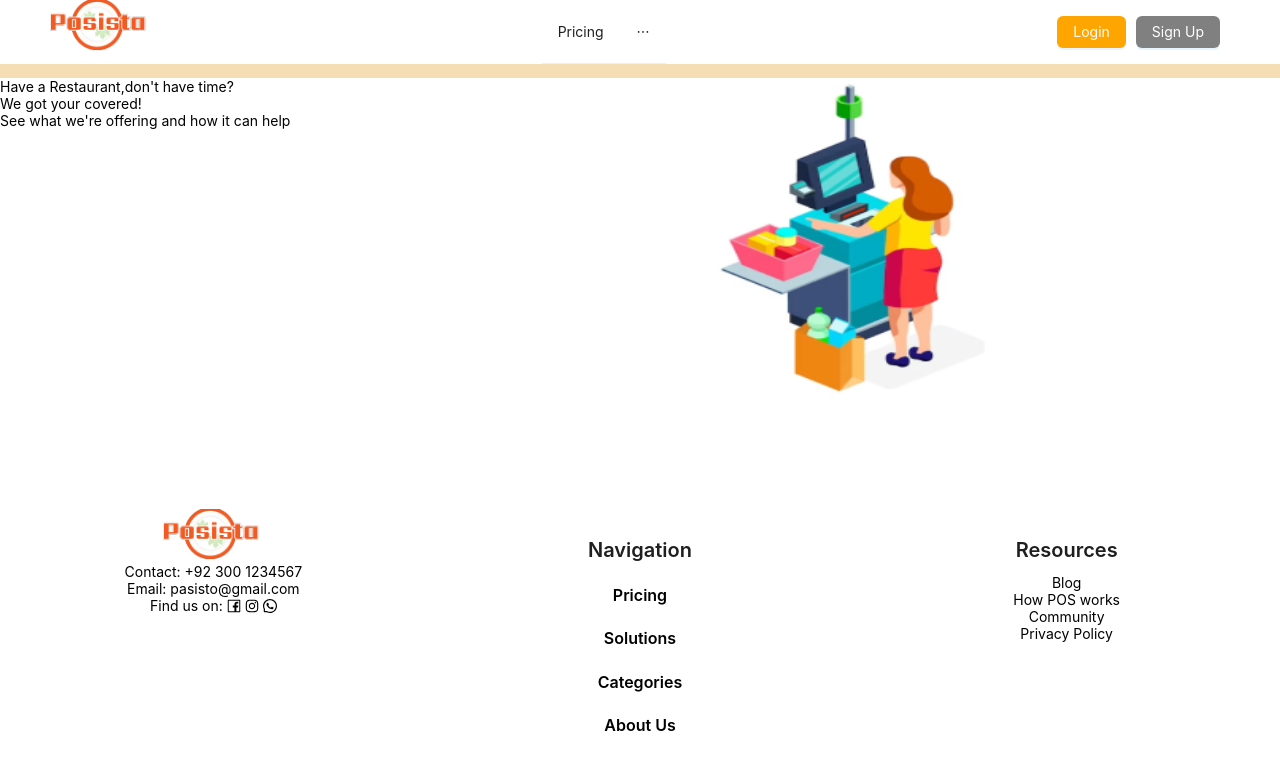
Repository: usmanarshad90/Posista
Page: / (app in test/)
These files come from the project's save history. The page is drawn as it stood at one moment and after the next save; the edit follows.
The browser window is 1280 px wide. The pictures show the whole page.
The project was rebuilt for these pictures with package versions that can differ from the ones it lists, and the page was loaded fresh each time. Also part of the build but not shown: test/src/components/Pricing/Pricing.jsx, test/src/components/Solution/Solutions.jsx, test/src/components/About/AboutUs.jsx, test/src/components/login/login.jsx, test/src/components/signup/signup.jsx.

Above is the page before, as saved 2023-11-28 14:45:41.

### test/public/index.html
<!DOCTYPE html>
<html lang="en">
  <head>
    <meta charset="utf-8" />
    <link rel="icon" href="%PUBLIC_URL%/favicon.ico" />
    <meta name="viewport" content="width=device-width, initial-scale=1" />
    <meta name="theme-color" content="#000000" />
    <meta
      name="description"
      content="Web site created using create-react-app"
    />
    <link rel="apple-touch-icon" href="%PUBLIC_URL%/logo192.png" />

    <link rel="manifest" href="%PUBLIC_URL%/manifest.json" />

    <title>Posisto</title>
  </head>
  <body>
    <noscript>You need to enable JavaScript to run this app.</noscript>
    <div id="root"></div>



  </body>
</html>

### test/src/index.css
body {
  margin: 0;
  font-family: -apple-system, BlinkMacSystemFont, 'Segoe UI', 'Roboto', 'Oxygen',
    'Ubuntu', 'Cantarell', 'Fira Sans', 'Droid Sans', 'Helvetica Neue',
    sans-serif;
  -webkit-font-smoothing: antialiased;
  -moz-osx-font-smoothing: grayscale;
}

code {
  font-family: source-code-pro, Menlo, Monaco, Consolas, 'Courier New',
    monospace;
}
.background{
  background-image: url("./images/background.jpg")!important;

}



/* .container{
  max-width: 1000px;
  margin: auto;
  width: 100%;
  padding-inline: 1rem;
  padding-block:5rem;

} */

### test/src/App.js
import {BrowserRouter  as Router , Routes , Route} from 'react-router-dom'
import Home from './components/Home/Home';

import Pricing from './components/Pricing/Pricing';
import Solutions from './components/Solution/Solutions';
import AboutUs from './components/About/AboutUs';
import Login from './components/login/login';
import SignUp from './components/signup/signup';


function App() {
  return (
    <Router>
    {/* if i can do it like this all pages come on the header */}

      <Routes>

        {/* if i can do it like this header individually come on the each page*/}

        <Route path="/" element={< Home/>} />
        <Route path="/login" element={<Login/>}/>
        <Route path="/signup" element={<SignUp/>} />

        <Route path="/pricing" element={< Pricing/>} />
        <Route path="/solution" element={< Solutions/>} />
        <Route path="/about" element={<AboutUs/>} />

        </Routes>
        {/* for footer i can call here */}

        </Router>
  );
}

export default App;

### test/src/components/Home/Home.jsx
import React from 'react'
import PageHeader from '../PageHeader/PageHeader'
import HeroSection from '../HeroSection/HeroSection'
import PageFooter from '../Footer/Footer'

const Home = () => {
  return (
    <>
    <PageHeader/>
    <HeroSection/>



    <PageFooter/>

    </>
  )
}

export default Home

### test/src/components/PageHeader/PageHeader.jsx
import React from 'react'
import { Layout, Menu, Button, Row, Col } from 'antd';
import { Link } from 'react-router-dom';
import logoimage from '../../images/posistologo.png'
import {HomeOutlined, UserOutlined,SettingOutlined,} from '@ant-design/icons';

const { Header } = Layout;
const PageHeader = () => {
  return (
    <Row>
      <Col lg={24} xl={24} md={12} xs={4} >
    <Layout className="layout">
    <Header style={{ display: 'flex', justifyContent: 'space-between' ,backgroundColor: 'white' }}>
      <div className="logo" >

      <Link to={'/'}><img src={logoimage} alt="" width="100px"  /></Link>
        </div>
      <Menu  mode="horizontal" style={ {color:'black',backgroundColor: 'transparent'}} >
        <Link to={'/pricing'} ><Menu.Item key="1" >Pricing</Menu.Item></Link>


        <Link to={'/solution'} ><Menu.Item key="2" >Solutions</Menu.Item></Link>

        <Link to={'/about'} ><Menu.Item key="3" >About Us</Menu.Item></Link>
      </Menu>

      <div>

        <Link to="/login"><Button type="primary" style={{ marginRight: '10px', backgroundColor: 'orange' }}>Login</Button>
        </Link>
        <Link to="/signup"><Button type="primary" style={{ marginRight: '10px', backgroundColor: 'grey' }}>Sign Up</Button></Link>
      </div>




    </Header>
  </Layout>
  </Col>
  </Row>
  )
}

export default PageHeader;

### test/src/components/HeroSection/HeroSection.jsx
import React from 'react'
import { Row,Col,Image,Divider} from 'antd';

import image from '../../images/design.png'

const HeroSection = () => {




      const DemoBox = (props) => <p className={`height-${props.value}`}>{props.children}</p>;
  return (
    <>
    <Row  >
      <Col  lg={{ span:24, order: 1 }} md={24} xs={24} xl={24} xxl={24}  style={{background:'wheat'}}>
      <DemoBox value={'100%'}> </DemoBox>
        </Col>

    <Col lg={{ span: 12, order: 2 }} md={8} xs={4} xl={12}>

    <div   >

         Have a Restaurant,don't have time? <br />
         We got your covered! <br/>

         <div   >See what we're offering and how it can help <br />


         </div>
    </div>
    </Col>
    <Col lg={{ span: 12, order: 3 }}md={8} xs={4} xl={12}>
    <Image width={'70%'} preview={false} height={'90%'} src={image} alt="#" />

    </Col>
   </Row>
   </>
  )
}

export default HeroSection

### test/src/components/Footer/Footer.jsx
import React from 'react';
import { Layout, Menu, Row, Col, Typography } from 'antd';
import { Link } from 'react-router-dom';
import logoimage from '../../images/posistologo.png';
import { FacebookOutlined, InstagramOutlined, WhatsAppOutlined } from '@ant-design/icons';

const Footer = () => {
  const style = {
    padding: '12px',
    textAlign: 'center', // Center text within each column
  };

  return (
    <Row>
      <Col lg={{ span: 8, order: 1 }} md={6} xs={4} xl={8} xxl={8} style={style}>
        <div className="logo">
          <Link to={'/'}>
            <img src={logoimage} alt="" width="100px" />
          </Link>
        </div>
        <div>Contact: +92 300 1234567</div>
        <div>Email: pasisto@gmail.com</div>
        <div>
          Find us on: <FacebookOutlined /> <InstagramOutlined /> <WhatsAppOutlined />
        </div>
      </Col>

      <Col lg={{ span: 8, order: 1 }} md={6} xs={4} xl={8} xxl={8} style={style}>
        <Typography.Title level={4}>Navigation </Typography.Title>
        <Typography.Title level={5}>
          <Link to={'/pricing'} style={{ color: 'black' }}>
            Pricing
          </Link>{' '}
        </Typography.Title>
        <Typography.Title level={5}>
          <Link to={'/solution'} style={{ color: 'black' }}>
            Solutions
          </Link>
        </Typography.Title>
        <Typography.Title level={5}>
          <Link to={'/about'} style={{ color: 'black' }}>
            Categories
          </Link>
        </Typography.Title>
        <Typography.Title level={5}>
          <Link to={'/about'} style={{ color: 'black' }}>
            About Us
          </Link>
        </Typography.Title>
      </Col>

      <Col lg={{ span: 8, order: 1 }} md={6} xs={4} xl={8} xxl={8} style={style}>
        <Typography.Title level={4}>Resources</Typography.Title>
        <div>Blog</div>
        <div>How POS works</div>
        <div>Community</div>
        <div>Privacy Policy</div>
      </Col>
    </Row>
  );
};

export default Footer;

Loaded but not shown: test/src/index.js (common file)

After the next save:
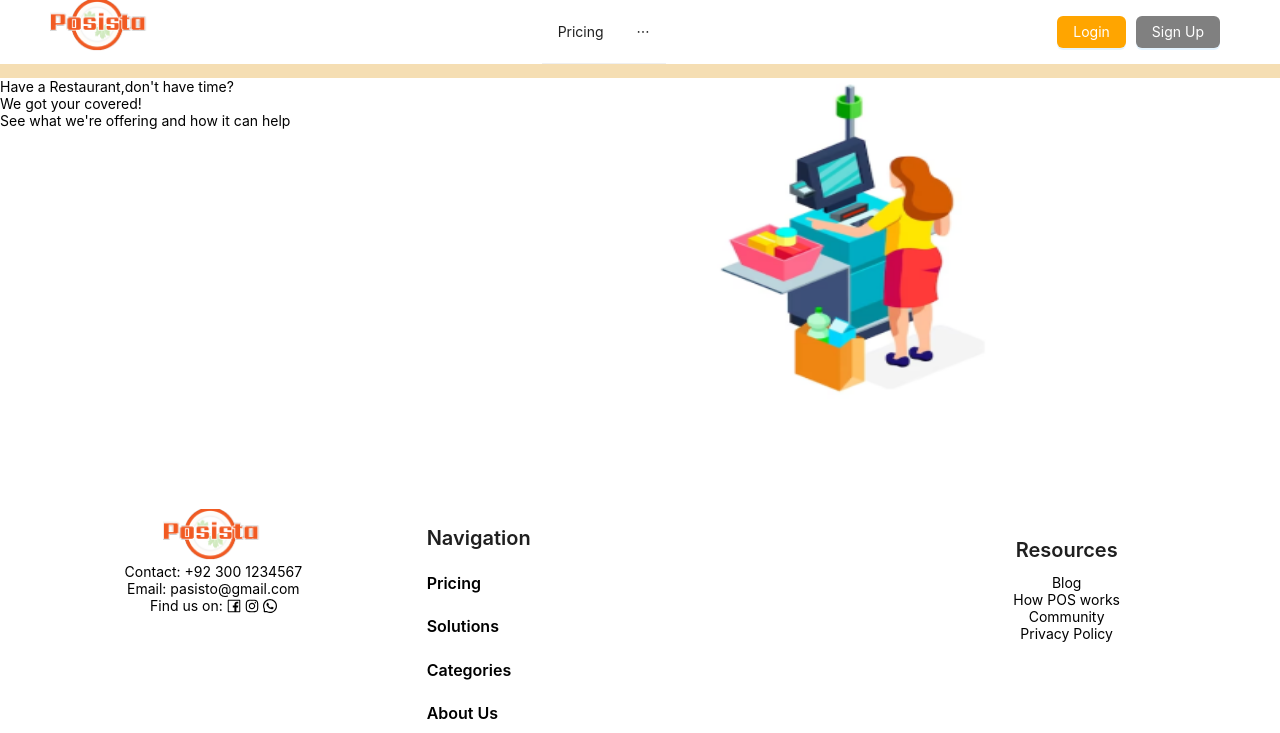
Saved 29 s later.
--- a/test/src/components/Footer/Footer.jsx
+++ b/test/src/components/Footer/Footer.jsx
@@ -25,7 +25,7 @@ const Footer = () => {
         </div>
       </Col>
 
-      <Col lg={{ span: 8, order: 1 }} md={6} xs={4} xl={8} xxl={8} style={style}>
+      <Col lg={{ span: 8, order: 1 }} md={6} xs={4} xl={8} xxl={8} >
         <Typography.Title level={4}>Navigation </Typography.Title>
         <Typography.Title level={5}>
           <Link to={'/pricing'} style={{ color: 'black' }}>
